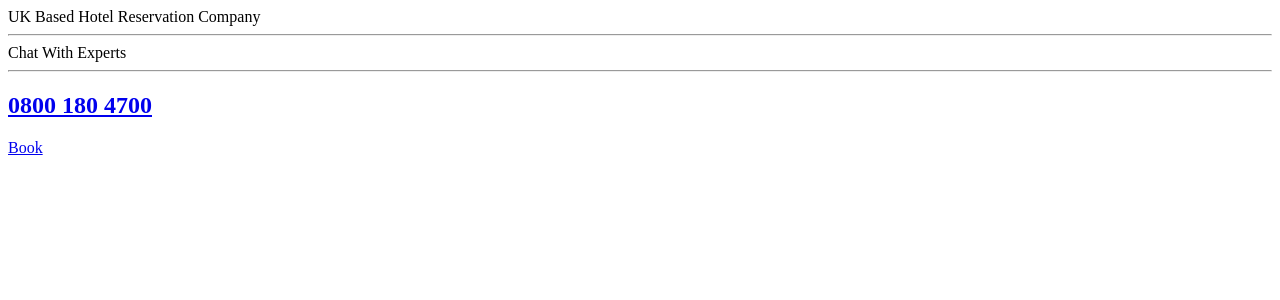
Repository: HackITtoday/newhotel
Page: app/Angular Blocks/heading-block.html
The author's editor kept a record of every edit. The page is drawn from the files as they stood at one moment, then again after the next edit.
The browser window is 1280 px wide. The pictures show the whole page.

Above is the page before.

### app/Angular Blocks/heading-block.html
<header class="video">
    <div class="overlay"></div>
    <div class="intro-content">
        <img src="" class="img-responsive img-centered" alt="">

        <!--Heading-->
        <div class="brand-name">
            UK Based Hotel Reservation Company </div>

        <!--Break-->
        <hr class="colored">

        <!--Sub Heading-->
        <div class="brand-name-subtext">
            Chat With Experts  </div>

        <!--Break-->
        <hr class="colored">

        <div class="row">
            <div id="headtel">

                <h2><a href="0800 180 4700">0800 180 4700</a></h2>
            </div>
        </div>
        <!--Book Button-->
        <a href="#portfolioModal1" data-toggle="modal" class="btn btn-outline-light">
            Book
            <i class="fa fa-long-arrow-right fa-fw"></i>
        </a>
    </div>

    <!--Scroll Button-->
    <div class="scroll-down page-scroll">
        <a class="btn" href="#about"><i class="fa fa-angle-down"></i></a>
    </div>

</header>

After the next edit:
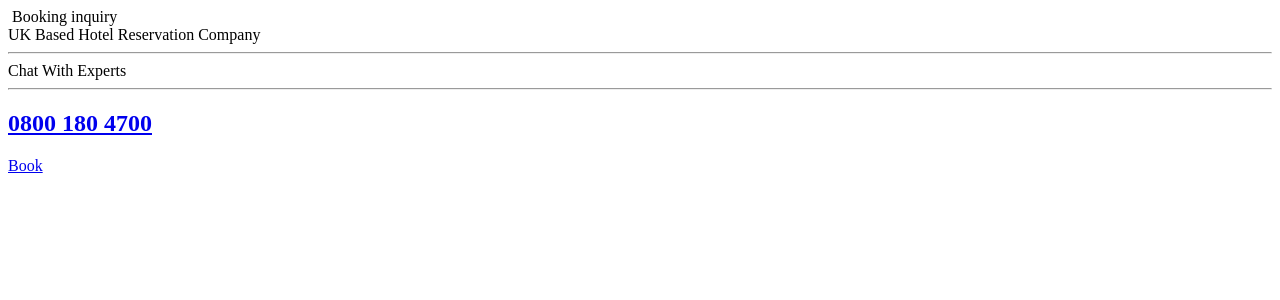
The edit:
--- a/app/Angular Blocks/heading-block.html
+++ b/app/Angular Blocks/heading-block.html
@@ -2,6 +2,14 @@
     <div class="overlay"></div>
     <div class="intro-content">
         <img src="" class="img-responsive img-centered" alt="">
+
+        <!--Booking Button-->
+        <paper-button on-click="{{loadFrom}}" raised role="button" tabindex="0">
+          Booking inquiry
+          <paper-action-dialog id="loadFrom" backdrop >
+            <polymer-firebase-form></polymer-firebase-form>
+          </paper-action-dialog>
+        </paper-button>
 
         <!--Heading-->
         <div class="brand-name">
